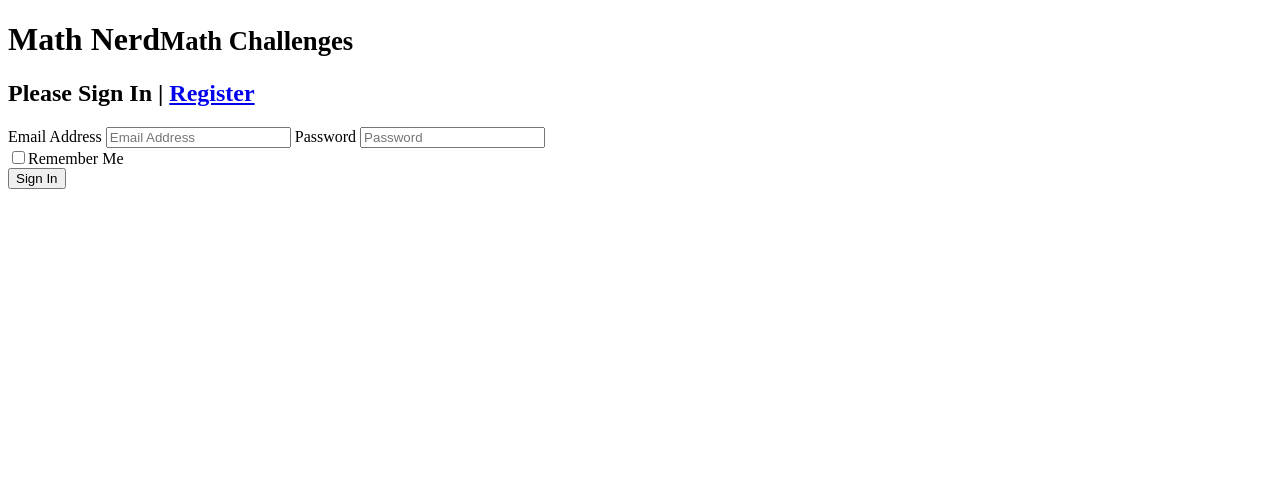
Repository: HeavyTech/acid
Page: http://localhost/MathNerd/Login
An editor plug-in stored every save of this project. The page is shown before and after the next save, followed by the edit.
The browser window is 1280 px wide. The pictures show the whole page.
The page is served by Tomcat 9.

Above is the page before, as saved 2015-12-29 05:12:31.

After the next save:
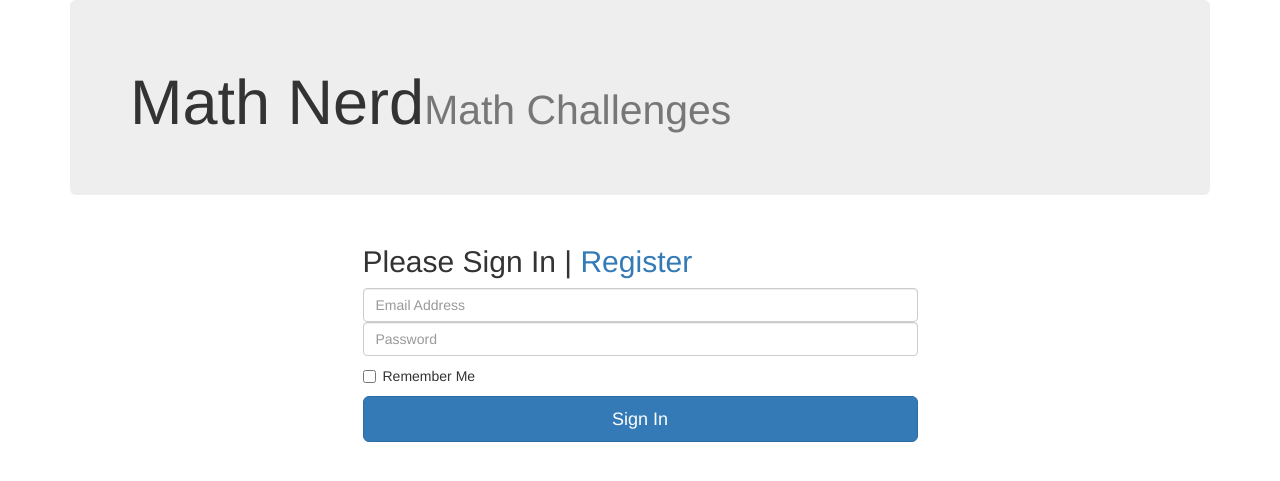
Saved 53 s later.
--- a/workspace/MathNerd/WebContent/WEB-INF/Login.jsp
+++ b/workspace/MathNerd/WebContent/WEB-INF/Login.jsp
@@ -4,8 +4,9 @@
 <!DOCTYPE html PUBLIC "-//W3C//DTD HTML 4.01 Transitional//EN" "http://www.w3.org/TR/html4/loose.dtd">
 <html>
 <head>
-<meta http-equiv="Content-Type" content="text/html; charset=ISO-8859-1">
-<title>Login MathNerd</title>
+	<meta http-equiv="Content-Type" content="text/html; charset=ISO-8859-1">
+	<title>Login MathNerd</title>
+	<link rel="stylesheet" href="https://maxcdn.bootstrapcdn.com/bootstrap/3.3.5/css/bootstrap.min.css">
 </head>
 <body>
 	<div class="container">
